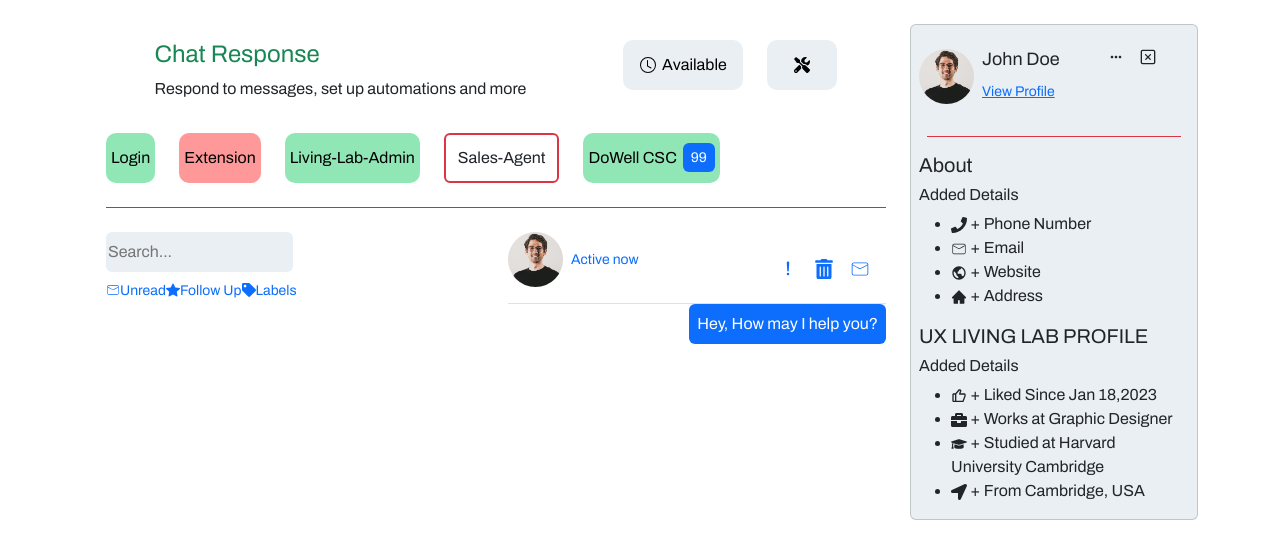
Repository: uh-sman/UX-Living-Lab-Chat
Page: /
The author's editor kept a copy of each file at every save. The page is drawn from the files as they stood at one save, then again after the next save.
The browser window is 1280 px wide. The pictures show the whole page.
The project was rebuilt for these pictures with package versions that can differ from the ones it lists, and the page was loaded fresh each time.

Above is the page before, as saved 2023-05-10 18:05:35.

### public/index.html
<!DOCTYPE html>
<html lang="en">
  <head>
    <meta charset="utf-8" />
    <link rel="icon" href="%PUBLIC_URL%/favicon.ico" />
    <meta name="viewport" content="width=device-width, initial-scale=1" />
    <meta name="theme-color" content="#000000" />
    <meta
      name="description"
      content="Web site created using create-react-app"
    />
    <link rel="apple-touch-icon" href="%PUBLIC_URL%/logo192.png" />
    <!--
      manifest.json provides metadata used when your web app is installed on a
      user's mobile device or desktop. See https://developers.google.com/web/fundamentals/web-app-manifest/
    -->
    <link rel="manifest" href="%PUBLIC_URL%/manifest.json" />
    <!-- font awsome CDN -->

    <link
      rel="stylesheet"
      href="https://cdn.jsdelivr.net/npm/@fortawesome/fontawesome-free@6.2.1/css/fontawesome.min.css"
      integrity="sha384-QYIZto+st3yW+o8+5OHfT6S482Zsvz2WfOzpFSXMF9zqeLcFV0/wlZpMtyFcZALm"
      crossorigin="anonymous"
    />
    <!--
      Notice the use of %PUBLIC_URL% in the tags above.
      It will be replaced with the URL of the `public` folder during the build.
      Only files inside the `public` folder can be referenced from the HTML.

      Unlike "/favicon.ico" or "favicon.ico", "%PUBLIC_URL%/favicon.ico" will
      work correctly both with client-side routing and a non-root public URL.
      Learn how to configure a non-root public URL by running `npm run build`.
    -->
    <title>React App</title>
  </head>
  <body>
    <noscript>You need to enable JavaScript to run this app.</noscript>
    <div id="root"></div>
    <!--
      This HTML file is a template.
      If you open it directly in the browser, you will see an empty page.

      You can add webfonts, meta tags, or analytics to this file.
      The build step will place the bundled scripts into the <body> tag.

      To begin the development, run `npm start` or `yarn start`.
      To create a production bundle, use `npm run build` or `yarn build`.
    -->
  </body>
</html>

### src/index.css
* {
  text-decoration: none;
}

### src/App.js
import "./App.css";
import "bootstrap/dist/css/bootstrap.min.css";
import "bootstrap/dist/js/bootstrap.bundle.min";
import Container from "./container";
function App() {
  return (
    <div className="App">
      <Container />
    </div>
  );
}

export default App;

### src/App.css
@import url("https://fonts.googleapis.com/css2?family=Archivo&display=swap");
:root {
  --header-color: #0d7813;
  /* --button-color :#00000;
  --button-color :#90E7B5; */
  --bg-color: #e9eff3;
  /* #90E7B5 */

  --font: "Archivo", sans-serif;
}

* {
  text-decoration: none;
  /* list-style: none; */
  font-family: "Archivo", sans-serif;
}

.body {
  font-family: "Archivo", sans-serif;
}
.header {
  color: var(--header-color);
  font-family: "Archivo", sans-serif;
}
.button {
  display: flex;
  align-items: center;
  background: var(--bg-color);
  justify-content: center;
  height: 50px;
  width: 120px;
  gap: 6px;
  border: none;
  border-radius: 10px;
}
.button2 {
  display: flex;
  align-items: center;
  background: var(--bg-color);
  justify-content: center;
  height: 50px;
  width: 70px;
  gap: 6px;
  border: none;
  border-radius: 10px;
}
.button3 {
  display: flex;
  align-items: center;
  background: #90e7b5;
  justify-content: center;
  height: 50px;
  max-width: contain;
  padding: 0px 5px;
  gap: 6px;
  border: none;
  border-radius: 10px;
}
.button4 {
  display: flex;
  align-items: center;
  background: #ff9898;
  justify-content: center;
  height: 50px;
  max-width: contain;
  padding: 0px 5px;
  gap: 6px;
  border: none;
  border-radius: 10px;
}
.image-style {
  width: 55px;
  height: 55px;
  border-radius: 500px;
}
.cardBody {
  background-color: var(--bg-color);
}
.input {
  border: var(--bg-color);
  /* align-items: ; */
  outline: none;
  background: var(--bg-color);
}

### src/container/index.js
import React from "react";
import ChatSection from "./ChatSection";
import DetailsSection from "./DetailsSection";
const Container = () => {
  return (
    <div className="container">
      <div className="d-flex justify-content-around my-4">
        <ChatSection />
        <DetailsSection />
      </div>
    </div>
  );
};

export default Container;

### src/container/ChatSection.js
import React from "react";
import ChatHeader from "./ChatItems/ChatHeader";
import ProfileHead from "./Chats/message/ProfileHead";
import SearchBar from "./Chats/SearchBar";

const ChatSection = () => {
  return (
    <div className="container">
      <ChatHeader />
      {/* chats come here */}
      <div className="d-flex my-2">
        <SearchBar />
        <ProfileHead />
      </div>
    </div>
  );
};

export default ChatSection;

### src/container/DetailsSection.jsx
import React from "react";
import user from "../assets/user.jpg";
import AboutDetails from "./Details/AboutDetails";
import DetailsSectionButton from "./DetailsSectionButton";
const DetailsSection = ({ title, about }) => {
  return (
    <div>
      <div
        className="card"
        style={{ width: "18rem", backgroundColor: "#e9eff3" }}
      >
        <div className="mx-2">
          <div className="d-flex gap-5 mt-4 ">
            <figure className="d-flex gap-2">
              <img src={user} className=" image-style" />
              <div className="">
                <h4 className="body fw-bold" style={{ fontSize: "18px" }}>
                  {title}
                </h4>
                <a href="" className="fw-bold" style={{ fontSize: "14px" }}>
                  View Profile
                </a>
              </div>
            </figure>
            <DetailsSectionButton />
          </div>
          <div className="border-bottom border-danger mx-2 my-3"></div>
          <div className=""></div>
          {/* DETAILS */}
          <AboutDetails />
        </div>
      </div>
    </div>
  );
};
DetailsSection.defaultProps = {
  title: "John Doe",
  about: "About",
};

export default DetailsSection;

### src/container/ChatItems/ChatHeader.jsx
import React from "react";
import Buttons from "./Buttons";
import HeaderButtons from "./HeaderButtons";

const ChatHeader = ({ title, caption }) => {
  return (
    <div className="container">
      <div className=" d-flex justify-content-around my-3">
        <header>
          <h1 className="header fs-4 fw-bold text-success">{title}</h1>
          <p className="fw-medium  Header-font">{caption}</p>
        </header>
        <HeaderButtons />
      </div>
      <Buttons />
      <div className="border-bottom border-success my-4"></div>
    </div>
  );
};

export default ChatHeader;
ChatHeader.defaultProps = {
  title: "Chat Response",
  caption: "Respond to messages, set up automations and more",
};

### src/container/Chats/message/ProfileHead.jsx
import React from "react";
import { FaTrashAlt } from "react-icons/fa";
import user from "../../../assets/user.jpg";
import ChatIcons from "./ChatIcons";
import Message from "./Message";
const ProfileHead = () => {
  return (
    <div className="container overflow-y-scroll">
      <div className="d-flex justify-content-between  align-items-center border-bottom">
        <figure className="d-flex gap-2 align-items-center">
          <img src={user} className=" image-style" />
          <div className="">
            {/* Status active now if true show active */}
            <small className="text-primary">Active now</small>
          </div>
        </figure>
        <ChatIcons />
      </div>
      <Message />
    </div>
  );
};

export default ProfileHead;

### src/container/Chats/SearchBar.jsx
import React from "react";
import { FaSearch } from "react-icons/fa";
import Icons from "./Icons";
// BsStarFill;
const SearchBar = () => {
  return (
    <div className="container">
      <div className="overflow-y-scroll">
        <form>
          <input
            className="input rounded bi bi-search py-2"
            placeholder="Search..."
          />
          {/* <i className="bi bi-search"></i> */}
        </form>
        <Icons />
      </div>
    </div>
  );
};

export default SearchBar;

### src/container/Details/AboutDetails.jsx
import React from "react";
import {
  FaPhone,
  FaBriefcase,
  FaGraduationCap,
  FaLocationArrow,
} from "react-icons/fa";
import { CiMail } from "react-icons/ci";
import { BiWorld, BiLike } from "react-icons/bi";
import { AiFillHome } from "react-icons/ai";
const AboutDetails = ({ title, ux }) => {
  const data = [
    {
      phone: "Phone Number",
      email: "Email",
      web: "Website",
    },
  ];
  return (
    <div>
      <div className="">
        <h5>{title}</h5>
        <main>
          <h6>Added Details</h6>
          <div className="">
            <ul>
              <li>
                <FaPhone /> + Phone Number
              </li>
              <li>
                <CiMail /> + Email
              </li>
              <li>
                <BiWorld /> + Website
              </li>
              <li>
                <AiFillHome /> + Address
              </li>
            </ul>
          </div>
        </main>
      </div>
      <div className="">
        <h5>{ux}</h5>
        <main>
          <h6>Added Details</h6>
          <div className="">
            <ul>
              <li>
                <BiLike /> + Liked Since Jan 18,2023
                {/* date from the api */}
              </li>
              <li>
                <FaBriefcase /> + Works at Graphic Designer
              </li>
              <li>
                <FaGraduationCap /> + Studied at Harvard University Cambridge
                {/* Place of work from the api */}
              </li>
              <li>
                <FaLocationArrow /> + From Cambridge, USA
              </li>
            </ul>
          </div>
        </main>
      </div>
    </div>
  );
};

export default AboutDetails;

AboutDetails.defaultProps = {
  title: "About",
  ux: "UX LIVING LAB PROFILE",
};

### src/container/DetailsSectionButton.jsx
import React from "react";
import { MdOutlineMoreHoriz } from "react-icons/md";
import { CgCloseR } from "react-icons/cg";
const DetailsSectionButton = () => {
  return (
    <div>
      <div className="d-flex gap-3">
        <MdOutlineMoreHoriz />
        <CgCloseR />
      </div>
    </div>
  );
};

export default DetailsSectionButton;

### src/container/ChatItems/Buttons.jsx
import React from "react";

const Buttons = () => {
  return (
    <div className="d-flex gap-4">
      <button type="button" className="button3">
        Login
      </button>
      <button type="button" className="button4">
        Extension
      </button>
      <button type="button" className="button3">
        Living-Lab-Admin
      </button>
      <button type="button" className="btn border-danger border-2">
        Sales-Agent
      </button>
      <button type="button" className="button3">
        DoWell CSC
        <small className="bg-primary text-white px-2 py-1 rounded">
          {"99"}
        </small>
      </button>
    </div>
  );
};

export default Buttons;

### src/container/ChatItems/HeaderButtons.jsx
import React from "react";
import { BsClock } from "react-icons/bs";
import { FaTools } from "react-icons/fa";
const HeaderButtons = () => {
  return (
    <div className="d-flex gap-4">
      <button type="button" className="button">
        <BsClock className="" />
        Available
      </button>
      <button type="button" className="button2">
        <FaTools />
      </button>
    </div>
  );
};

export default HeaderButtons;

### src/container/Chats/message/ChatIcons.jsx
import React from "react";
import { FaTrashAlt } from "react-icons/fa";
import { BsExclamationLg } from "react-icons/bs";
import { CiMail } from "react-icons/ci";
const ChatIcons = () => {
  return (
    <div className="mx-3">
      <div className="d-flex gap-3">
        <small className="text-primary fs-5"></small>
        <small className="text-primary fs-5">
          <BsExclamationLg />
        </small>
        <small className="text-primary fs-5">
          <FaTrashAlt />
        </small>

        <small className="text-primary fs-5">
          <CiMail />
        </small>
      </div>
    </div>
  );
};

export default ChatIcons;

### src/container/Chats/message/Message.jsx
import React, { useState } from "react";

const Message = () => {
  const [message, setMessage] = useState(true);
  return (
    <div className="">
      <div className="d-flex justify-content-end align-items-baseline">
        {message ? (
          <div
            className="bg-primary text-white rounded d-flex align-items-center "
            style={{ width: "auto", height: "40px", listStyle: "none" }}
          >
            <li className="mx-2">Hey, How may I help you? </li>
          </div>
        ) : null}
      </div>
    </div>
  );
};

export default Message;

### src/container/Chats/Icons.jsx
import React from "react";
import { CiMail } from "react-icons/ci";
import { BsStarFill } from "react-icons/bs";
import { FaTag } from "react-icons/fa";
const Icons = () => {
  return (
    <div>
      <div className="d-flex text-primary my-2">
        <small className="d-flex align-items-center">
          <CiMail /> Unread
        </small>
        <small className="d-flex align-items-center">
          <BsStarFill /> Follow Up
        </small>
        <small className="d-flex align-items-center">
          <FaTag />
          Labels
        </small>
      </div>
    </div>
  );
};

export default Icons;

Loaded but not shown: src/index.js (common file)

After the next save:
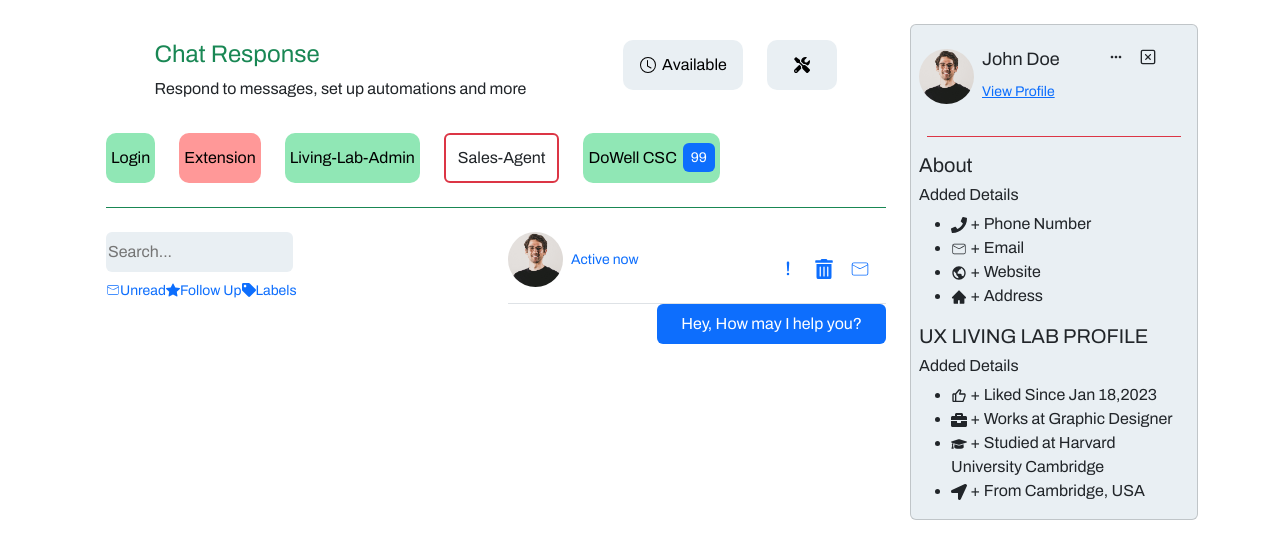
Saved 24 s later.
--- a/src/container/Chats/message/Message.jsx
+++ b/src/container/Chats/message/Message.jsx
@@ -10,7 +10,7 @@ const Message = () => {
             className="bg-primary text-white rounded d-flex align-items-center "
             style={{ width: "auto", height: "40px", listStyle: "none" }}
           >
-            <li className="mx-2">Hey, How may I help you? </li>
+            <li className="mx-4">Hey, How may I help you? </li>
           </div>
         ) : null}
       </div>
